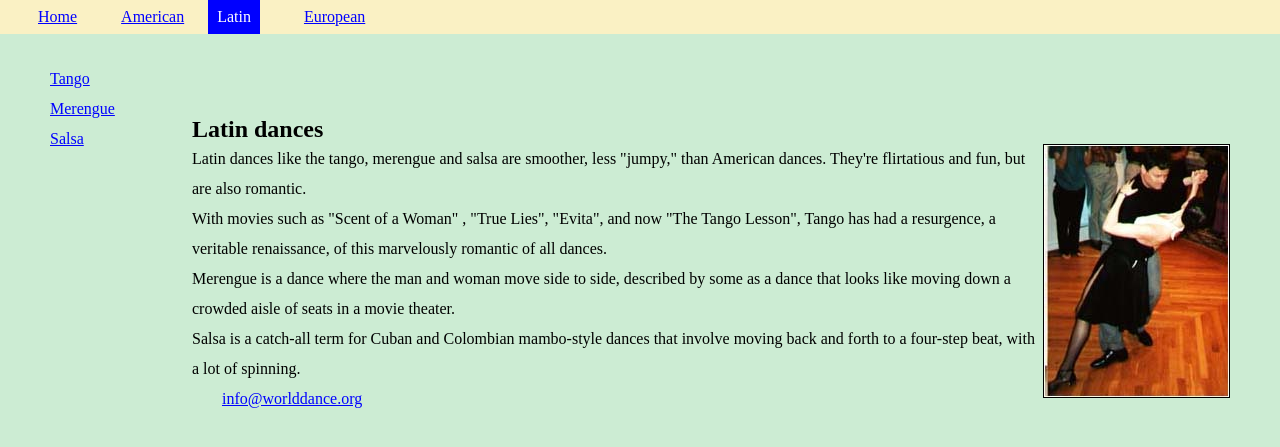
Repository: Helianthusss/Learn-CPP
Page: HTML/Lab-04/Dance/Latin.html
An editor plug-in stored every save of this project. The page is shown before and after the next save, followed by the edit.
The browser window is 1280 px wide. The pictures show the whole page.

Above is the page before, as saved 2021-10-16 19:54:28.

### HTML/Lab-04/Dance/Latin.html
<html>
<head>
<link rel="stylesheet" href="format.css">
<title>Latin</title>
</head>
<body>
<div id="topnav">
<ul id="navbar">
<li><a href="index.html">Home</a></li>
<li><a href="American.html">American</a></li>
<li><a class="x">Latin</a></li>
<li><a href="European.html">European</a></li>
</ul>
</div>
<div id="clear"></div>
<div id="links">
<p><a href="Tango.html">Tango</a></p>
<p><a href="Merengue.html">Merengue</a></p>
<p><a href="Salsa.html">Salsa</a></p>
</div>
<div id="content">
<h2>Latin dances</h2>
<img src="graphics/tango.jpg"align="right" vspace="4" hspace="12" border="1">
<p>Latin dances like the tango, merengue and salsa are smoother, less "jumpy," than American dances. They're flirtatious and fun, but are also romantic.</p>
<p>With movies such as "Scent of a Woman" , "True Lies", "Evita", and now "The Tango Lesson", Tango has had a resurgence, a veritable renaissance, of this marvelously romantic of all dances.</p>
<p>Merengue is a dance where the man and woman move side to side, described by some as a dance that looks like moving down a crowded aisle of seats in a movie theater.</p>
<p>Salsa is a catch-all term for Cuban and Colombian mambo-style dances that involve moving back and forth to a four-step beat, with a lot of spinning.
</p>
<p><a href="mailto:info@worlddance.org">info@worlddance.org</a></p>
</p>
</div>
</body>
</html>

### HTML/Lab-04/Dance/format.css
* {
  padding: 0px;
  margin: 0px;
  box-sizing: border-box;
}
li {
  display: inline;
}

#navbar {
  padding: 8px;
  background-color: #faf1c4;
}
a {
  padding-left: 20px;
  margin: 10px;
  color: blue;
}
.x {
  padding: 9px;
  margin: 10px;
  background-color: blue;
  color: white;
}

* {
  padding: 0px;
  margin: 0px;
  box-sizing: border-box;
}
body {
  background: #ccecd3;
}

#links {
  text-indent: 20px;
  margin-top: 30px;
  float: left;
  width: 15%;
  line-height: 10px;
  background: #ccecd3;
  height: 200px;
}

#content {
  background: #ccecd3;
  margin-top: 30px;
  float: right;
  width: 85%;
  padding-right: 50px;
  height: 350px;
  line-height: 30px;
  padding-top: 50px;
}
img,
h2,
p,
h3 {
  line-height: 30px;
  text-align: left;
}

After the next save:
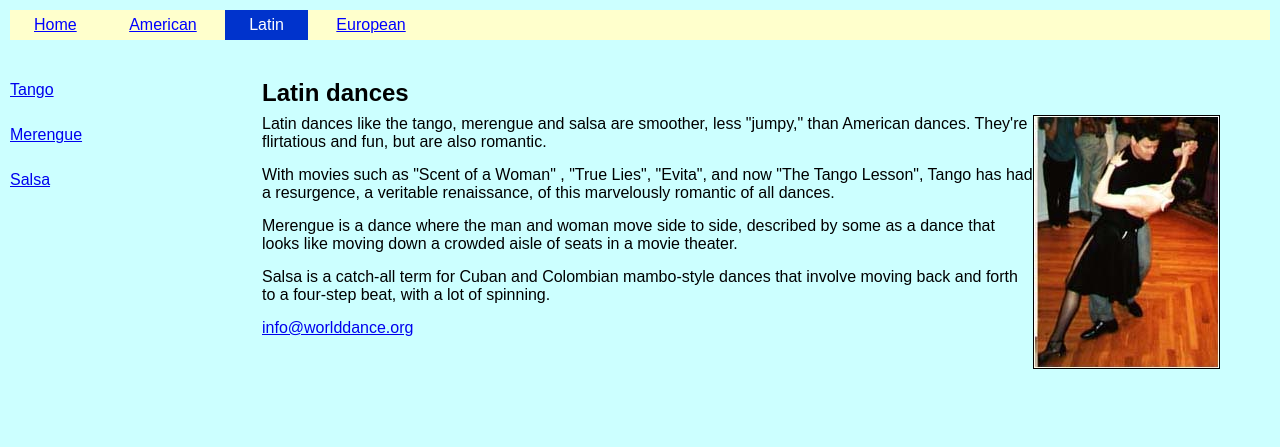
Saved 83 s later.
--- a/HTML/Lab-04/Dance/format.css
+++ b/HTML/Lab-04/Dance/format.css
@@ -1,61 +1,47 @@
 * {
-  padding: 0px;
-  margin: 0px;
+  padding: 0;
+  margin: 0;
   box-sizing: border-box;
 }
-li {
-  display: inline;
+
+body {
+  background: #ccffff;
+  padding: 10px;
+  font-family: Arial, Helvetica, sans-serif;
 }
-
-#navbar {
-  padding: 8px;
-  background-color: #faf1c4;
+#topnav {
+  text-align-last: left;
+  height: 30px;
+  background: #ffffcc;
 }
-a {
-  padding-left: 20px;
-  margin: 10px;
+#topnav ul li a.x {
+  background: #0033cc;
+  color: #fff;
+}
+#navbar li {
+  display: inline-block;
+}
+#navbar li a {
   color: blue;
+  line-height: 30px;
+  padding: 0 24px;
+  display: inline-block;
 }
-.x {
-  padding: 9px;
-  margin: 10px;
-  background-color: blue;
-  color: white;
+#links {
+  margin-top: 35px;
+  float: left;
+  width: 200px;
+  line-height: 30px;
 }
-
-* {
-  padding: 0px;
-  margin: 0px;
-  box-sizing: border-box;
+h2 {
+  line-height: 45px;
 }
-body {
-  background: #ccecd3;
+p {
+  margin: 0 0 15px;
 }
-
-#links {
-  text-indent: 20px;
-  margin-top: 30px;
-  float: left;
-  width: 15%;
-  line-height: 10px;
-  background: #ccecd3;
-  height: 200px;
-}
-
 #content {
-  background: #ccecd3;
   margin-top: 30px;
   float: right;
-  width: 85%;
+  width: 80%;
   padding-right: 50px;
-  height: 350px;
-  line-height: 30px;
-  padding-top: 50px;
 }
-img,
-h2,
-p,
-h3 {
-  line-height: 30px;
-  text-align: left;
-}
